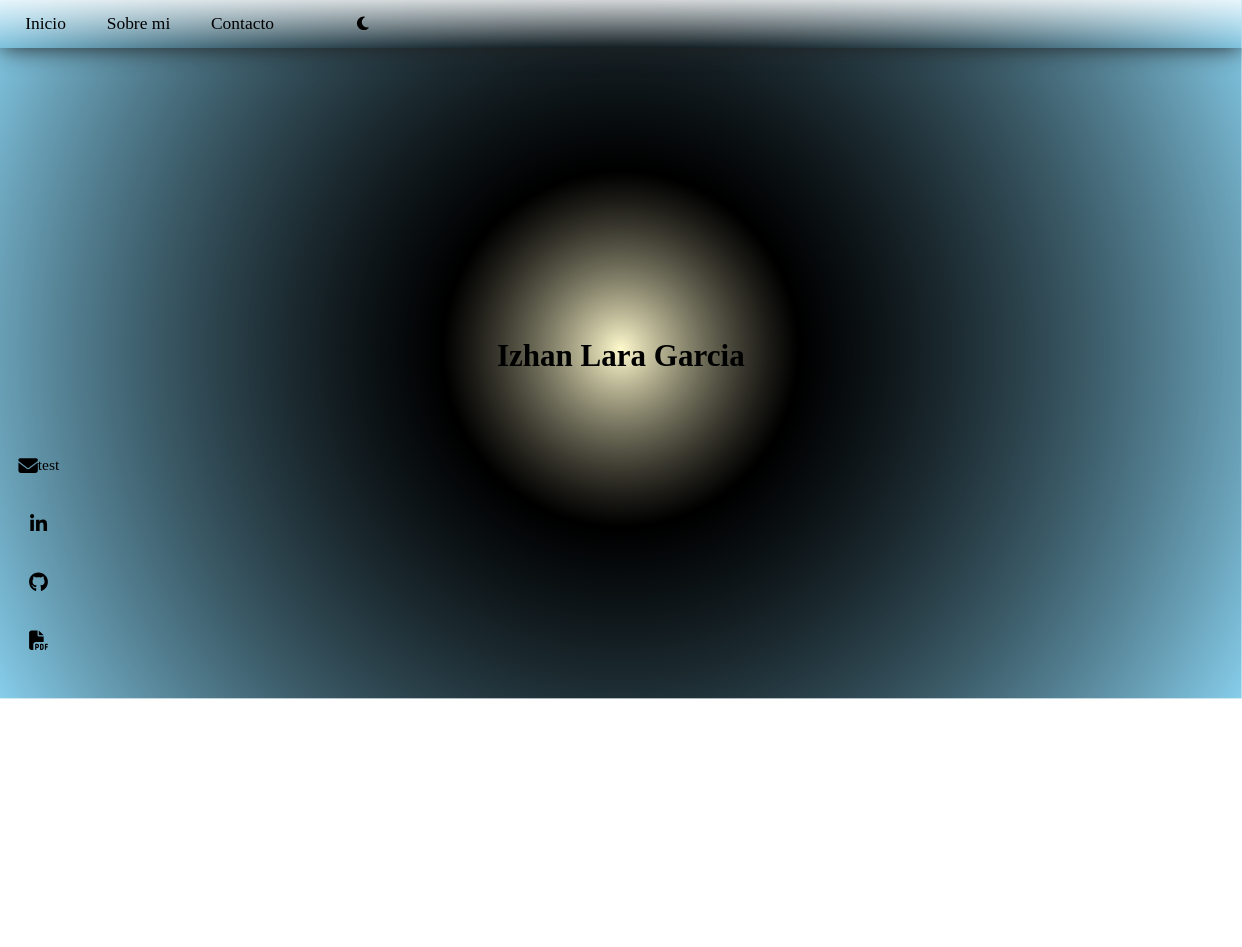
Repository: izhanlaraagarcia/izhanlaraagarcia.github.io
Page: / (app in vite-project/)
An editor plug-in stored every save of this project. The page is shown before and after the next save, followed by the edit.
The browser window is 1280 px wide. The pictures show the whole page, at 97% of full size.
The project was rebuilt for these pictures with package versions that can differ from the ones it lists, and the page was loaded fresh each time. Also part of the build but not shown: vite-project/vite.config.js, vite-project/src/pages/About/styles/about.scss, vite-project/src/pages/About/about.jsx, vite-project/src/pages/Contact/contact.jsx.

Above is the page before, as saved 2024-08-19 14:26:35.

After the next save:
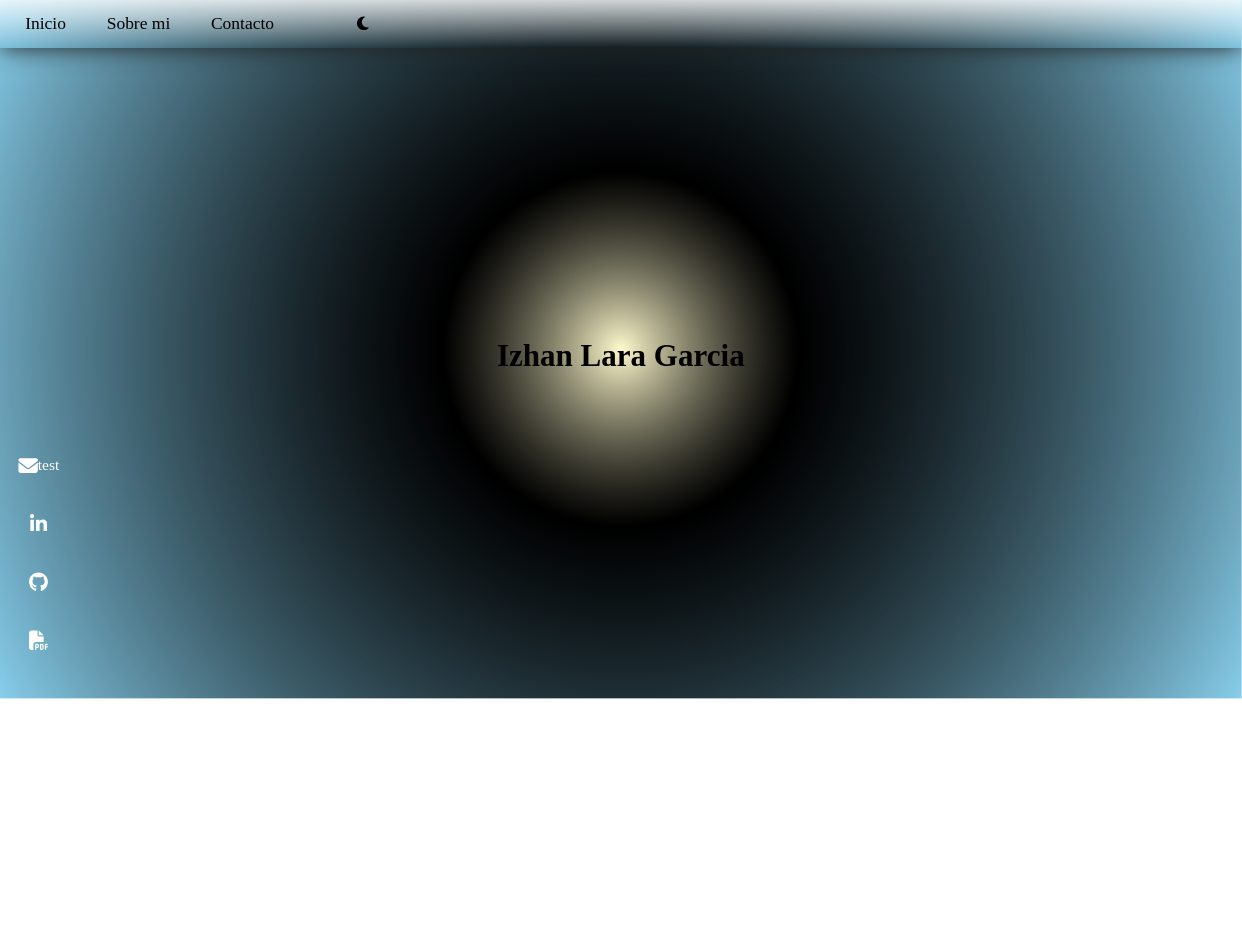
Saved 13 s later.
--- a/vite-project/src/Componentes-Generales/styles/social.scss
+++ b/vite-project/src/Componentes-Generales/styles/social.scss
@@ -17,7 +17,7 @@
   }
 
   a {
-    color: black;
+    color: white;
     text-decoration: none;
     display: inline-flex; /* Asegura que el área del enlace cubra el icono */
     align-items: center;
@@ -36,12 +36,3 @@
     margin-right: 10px;
   }
 }
-
-// .social-media-container {
-//   position: fixed;
-//   bottom: 20px; /* Ajusta según sea necesario */
-//   left: 20px; /* Ajusta según sea necesario */
-//   padding: 10px;
-//   z-index: 10;
-//   background: transparent; /* Asegúrate de que no haya un fondo que interfiera */
-// }
